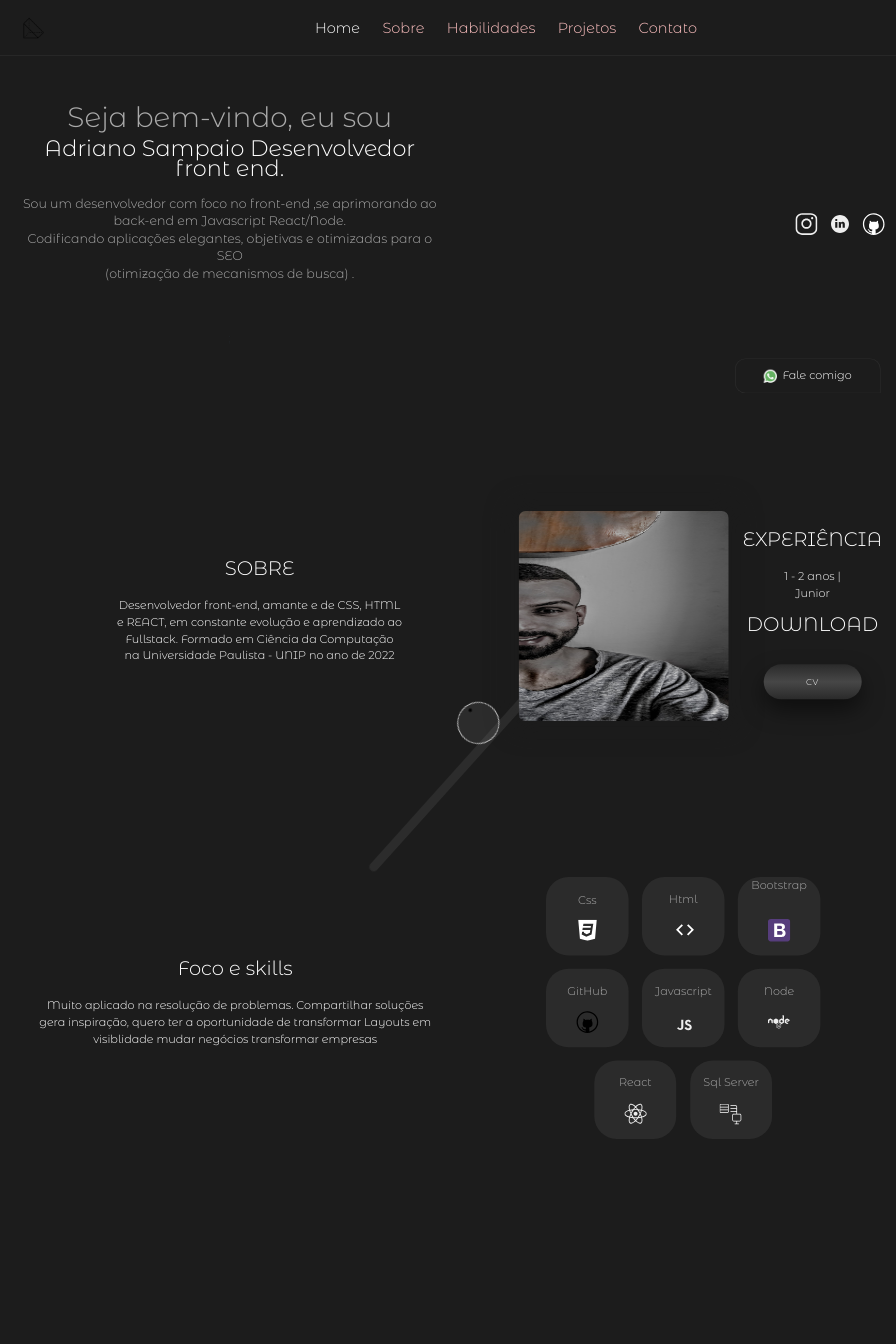
Repository: adrianodisam/NovoPortifolio
Page: /
An editor plug-in stored every save of this project. The page is shown before and after the next save, followed by the edit.
The browser window is 1280 px wide. The pictures show the part of the page from y = 0 to 1920 px (the page is 3024 px tall), at 70% of full size.
The project was rebuilt for these pictures with package versions that can differ from the ones it lists, and the page was loaded fresh each time. Imported but missing from the stored project, and not drawn on this page: src/componentes/Download/Adriano.pdf.

Above is the page before, as saved 2024-11-02 16:34:29.

After the next save:
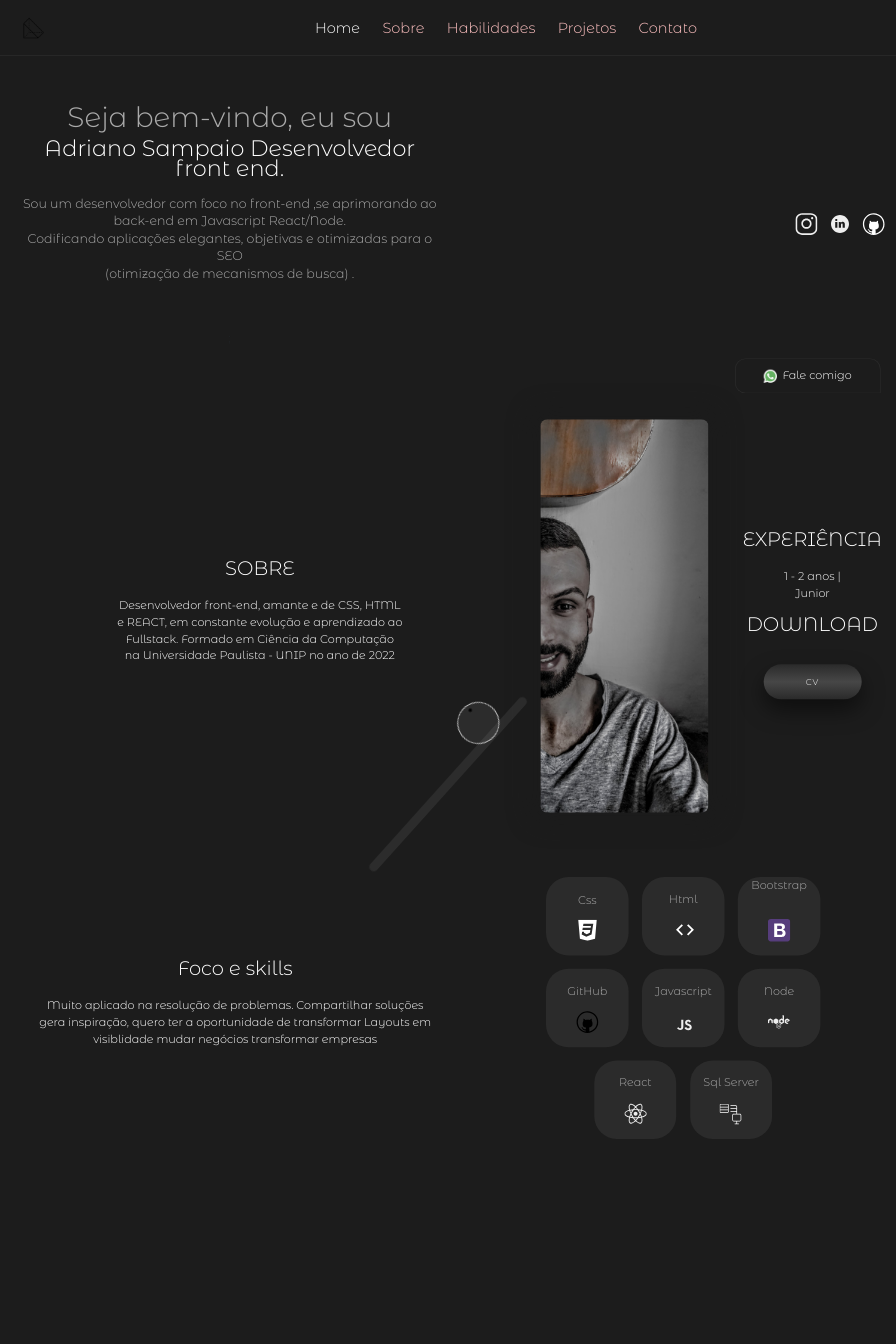
Saved 8 s later.
--- a/src/componentes/FotoSobre/FotoSobre.module.css
+++ b/src/componentes/FotoSobre/FotoSobre.module.css
@@ -14,8 +14,6 @@
   display: flex;
   width: 15rem;
   transition: all 0.4s;
-  width: 300px; /* Ajuste o tamanho conforme necessário */
-  height: 300px; Ajuste o tamanho conforme necessário
   object-fit: cover;
   border-radius: 10px; /* Raio para bordas arredondadas */
   box-shadow: 0 0 30px 15px rgba(28, 28, 28, 0.8); /* Sombra esfumaçada */
